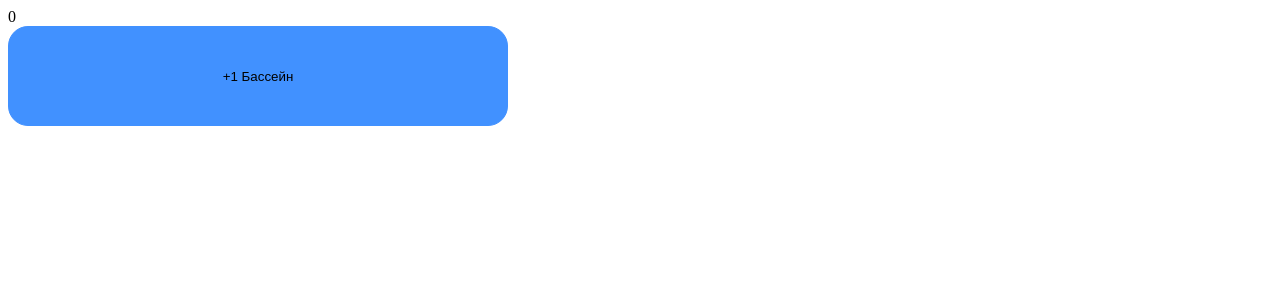
Repository: Huseynov98/js-practice
Page: index.html
These files come from the project's save history. The page is drawn as it stood at one moment and after the next save; the edit follows.
The browser window is 1280 px wide. The pictures show the whole page.

Above is the page before, as saved 2023-05-15 10:19:29.

After the next save:
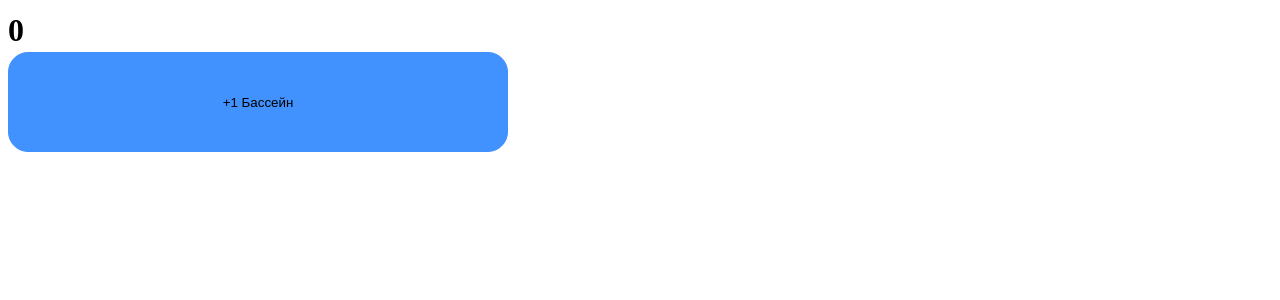
Saved 59 s later.
--- a/CSS/index.css
+++ b/CSS/index.css
@@ -1,3 +1,9 @@
+body {
+  font-weight: 700;
+  font-size: 32px;
+  line-height: 44px;
+}
+
 .counter__addButton {
   width: 500px;
   height: 100px;
